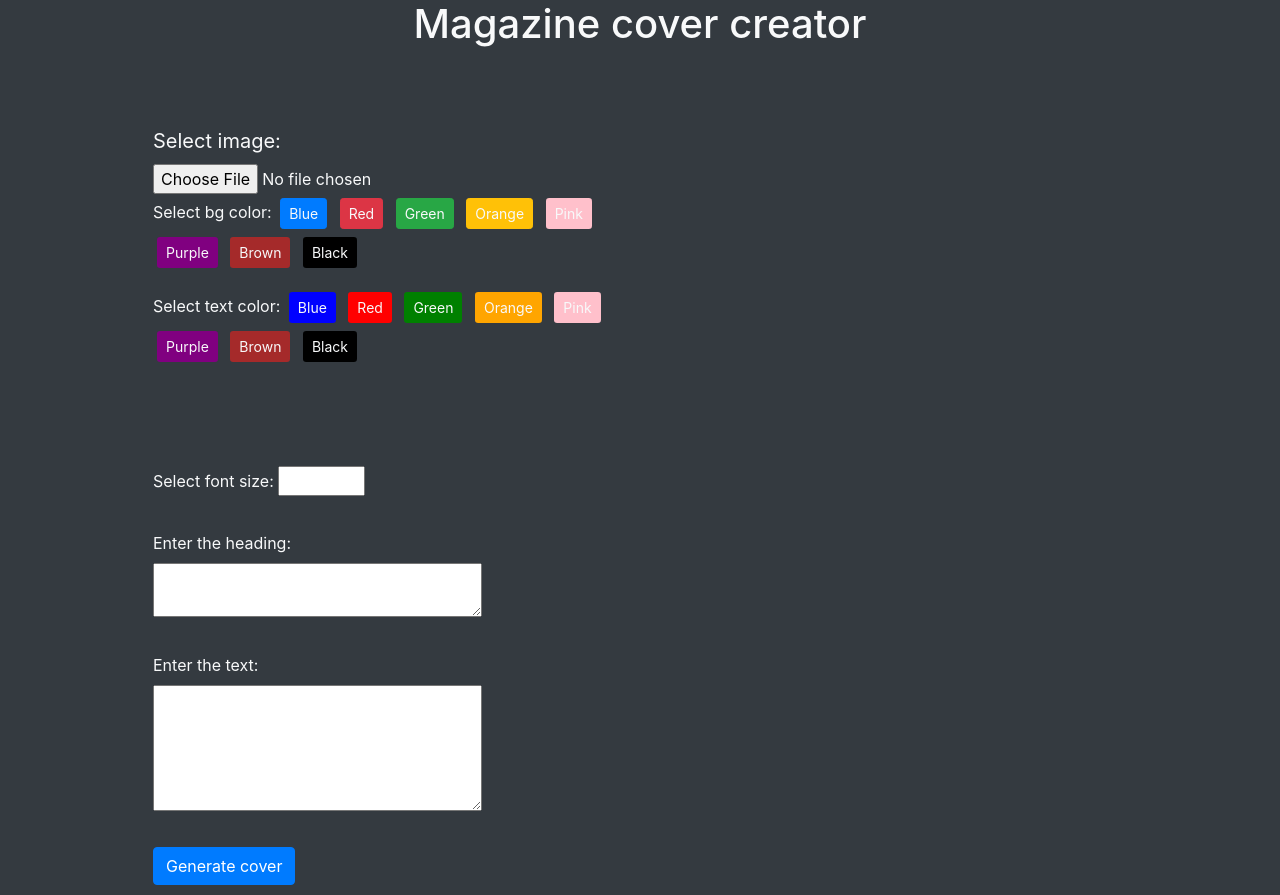
Repository: Sahil1515/First-Wish-Website
Page: http://localhost/createwish/
The author's editor kept a copy of each file at every save. The page is drawn from the files as they stood at one save, then again after the next save.
The browser window is 1280 px wide. The pictures show the whole page.
The page is served by the project's application, run on Django 3.2 (manage.py). Other server files are loaded and not shown.

Above is the page before, as saved 2021-09-06 09:56:29.

### templates/create_wish.html
{% load static %}

<!DOCTYPE html>

<html lang="en">

<head>
    <meta charset="UTF-8">
    <meta http-equiv="X-UA-Compatible" content="IE=edge">
    <script src="https://ajax.googleapis.com/ajax/libs/jquery/3.5.1/jquery.min.js"></script>
    <meta name="viewport" content="width=device-width, initial-scale=1.0">
    <link rel="stylesheet" href="https://stackpath.bootstrapcdn.com/bootstrap/4.4.1/css/bootstrap.min.css" integrity="sha384-Vkoo8x4CGsO3+Hhxv8T/Q5PaXtkKtu6ug5TOeNV6gBiFeWPGFN9MuhOf23Q9Ifjh" crossorigin="anonymous">
    <link rel="stylesheet" href="{% static '../../static/home_page.css' %}" />

    <title>Index Page</title>
    <script>
        $(document).ready(function() {
            $("#image_id").hide()
            $(".first-txt").hide()
            $(".second-txt").hide()

            var bg_color = null
            var text_color = null
            var font_size = 10
            var usertext = "This is Magazine text"

            $(".colorButton1").click(function() {
                bg_color = $(this).val()
                $("#label_bg_color").html("Selected background color: " + bg_color)
                $("#label_bg_color").css("color", bg_color)
                return false; // prevents submission
            });

            $(".colorButton2").click(function() {
                text_color = $(this).val()
                $("#label_text_color").html("Selected text color: " + text_color)
                $("#label_text_color").css("color", text_color)
                return false; // prevents submission
            });

            $("#image_btn").click(function() {

                var imageHtml = $("#img .accept").map(function() {
                    return this.outerHTML;
                }).get();

                var temp = $("#quantity").val()
                if (temp != "")
                    font_size = temp
                font_size = font_size + "px"

                $("#image_id").css("background-color", bg_color);
                usertext = $("#usertext1").val()
                $(".first-txt").html(usertext)
                $(".first-txt").css("color", text_color);
                $(".first-txt").css("font-size", font_size);

                usertext = $("#usertext2").val()
                $(".second-txt").html(usertext)
                $(".second-txt").css("color", "white");


                $("#image_id").show()
                $(".first-txt").show()
                $(".second-txt").show()

                return false; // prevents submission
            });
        });

        var loadFile = function(event) {
            var image = document.getElementById('image_id');
            image.src = URL.createObjectURL(event.target.files[0]);
        };
    </script>

</head>

<body class="bg-dark">
    <div class="container" style="text-align: center;">
        <h1 class="text-light">Magazine cover creator</h1>
    </div>



    <div class="flex-container">
        <div class="column">
            <div style="height:30px"></div>

            <div class="container text-light " style="padding-top: 30px;">
                <label for="img" style="font-size: 20px;">Select image:</label>
                <input type="file" id="img" onchange="loadFile(event)" name="img" accept="image/*">
            </div>

            <div id="div1" class="container text-light mb-3">
                <label for="img" class="fs-5">Select bg color:</label>
                <button class="colorButton1 btn btn-sm m-1 fs-7 text-light btn-primary" value="blue">Blue</button>
                <button class="colorButton1 btn btn-sm m-1 fs-7 text-light btn-danger" value="red">Red</button>
                <button class="colorButton1 btn btn-sm m-1 fs-7 text-light btn-success" value="green">Green</button>
                <button class="colorButton1 btn btn-sm m-1 fs-7 text-light btn-warning" value="orange">Orange</button>
                <button class="colorButton1 btn btn-sm m-1 fs-7 text-light" style="background-color: pink;" value="pink">Pink</button>
                <button class="colorButton1 btn btn-sm m-1 fs-7 text-light" style="background-color: purple;" value="purple">Purple</button>
                <button class="colorButton1 btn btn-sm m-1 fs-7 text-light" style="background-color: brown;" value="brown">Brown</button>
                <button class="colorButton1 btn btn-sm m-1 fs-7 text-light" style="background-color: black;" value="black">Black</button>
            </div>

            <div class="container text-light mb-3">
                <label for="img" class="fs-5">Select text color:</label>

                <button class="colorButton2 btn btn-sm m-1 text-light" style="background-color: blue;" value="blue">Blue</button>
                <button class="colorButton2 btn btn-sm m-1 text-light" style="background-color: red;" value="red">Red</button>
                <button class="colorButton2 btn btn-sm m-1 text-light" style="background-color: green;" value="green">Green</button>
                <button class="colorButton2 btn btn-sm m-1 text-light" style="background-color: orange;" value="orange">Orange</button>
                <button class="colorButton2 btn btn-sm m-1 text-light" style="background-color: pink;" value="pink">Pink</button>
                <button class="colorButton2 btn btn-sm m-1 text-light" style="background-color: purple;" value="purple">Purple</button>
                <button class="colorButton2 btn btn-sm m-1 text-light" style="background-color: brown;" value="brown">Brown</button>
                <button class="colorButton2 btn btn-sm m-1 text-light" style="background-color: black;" value="black">Black</button>

            </div>


            <div class="container text-light " style="padding-top: 30px;">
                <label id="label_text_color" style="font-size: 20px;"></label>
            </div>

            <div class="container text-light " style="padding-top: 30px;">
                <label for="quantity">Select font size:</label>
                <input type="number" id="quantity" name="quantity" min="1" max="30">
            </div>

            <div class="container text-light " style="padding-top: 30px;">
                <label for="texta">Enter the heading:</label><br>
                <textarea id="usertext1" name="texta" cols="30" rows="2"></textarea>
            </div>

            <div class="container text-light " style="padding-top: 30px;">
                <label for="texta">Enter the text:</label><br>
                <textarea id="usertext2" name="texta" cols="30" rows="5"></textarea>
            </div>

            <div class="container text-light " style="padding-top: 30px;">
                <button id="image_btn" type="submit" class="btn btn-primary">Generate cover</button>
            </div>
        </div>

        <div class="column bg-alt">

            <div class="container text-light " style="padding: 50px;">
                <img id="image_id" class="centered" />
                <h3 class="first-txt">
                    Elon Musk
                </h3>

                <h3 class="second-txt">
                    His Biography
                </h3>

            </div>
        </div>
    </div>





</body>

</html>

### createWish/views.py
from django.shortcuts import render

# Create your views here.


def createwish(request):
    return render(request, 'create_wish.html')

### First_Wish/urls.py
"""First_Wish URL Configuration

The `urlpatterns` list routes URLs to views. For more information please see:
    https://docs.djangoproject.com/en/3.2/topics/http/urls/
Examples:
Function views
    1. Add an import:  from my_app import views
    2. Add a URL to urlpatterns:  path('', views.home, name='home')
Class-based views
    1. Add an import:  from other_app.views import Home
    2. Add a URL to urlpatterns:  path('', Home.as_view(), name='home')
Including another URLconf
    1. Import the include() function: from django.urls import include, path
    2. Add a URL to urlpatterns:  path('blog/', include('blog.urls'))
"""
from django.contrib import admin
from django.urls import path, include


urlpatterns = [
    path('admin/', admin.site.urls),
    path('magzine/',include('First_Wish_Main_App.urls')),
    path('', include('First_Wish_Main_App.urls')),
    path('addPerson/', include('addPerson.urls')),
    path('login/', include('Login.urls')),
    path('signup/', include('Signup.urls')),
    path('gifts/', include('gifts.urls')),
    path('logout/', include('logout.urls')),
    path('password_reset/', include('password_reset.urls')),
    path('showAll/', include('showAll.urls')),
    path('contact/', include('contact.urls')),
    path('createwish/', include('createWish.urls')),


]

### First_Wish_Main_App/urls.py


from django.contrib import admin
from django.urls import path

from First_Wish_Main_App import views

urlpatterns = [
    # path('admin/', admin.site.urls),
    path('', views.index),
    ]

### addPerson/urls.py


from django.contrib import admin
from django.urls import path

from addPerson import views

urlpatterns = [
    # path('admin/', admin.site.urls),
    path('', views.addPerson),
    path('add_person_api', views.add_person_api, name='add_person_api')

    # path('personAdded', views.personAdded, name='personAdded')

    ]

### Login/urls.py

from django.contrib import admin
from django.urls import path
from . import views

urlpatterns = [
    path("",views.login, name='login'),
    path("login_api",views.login_api, name='login_api'),

]

### Signup/urls.py

from django.contrib import admin
from django.urls import path, include

from . import views
urlpatterns = [
    path('',views.SignUp,name='signup'),
    path('send_otp',views.send_otp,name='send_otp'),
    path('check_user_api',views.check_user_api,name='check_user_api'),
    path('create_user_after_verification',views.create_user_after_verification,name='create_user_after_verification'),
    path('password_reset',views.password_reset,name='password_reset'),
    path('send_password_reset_mail',views.send_password_reset_mail,name='send_password_reset_mail'),




]

### gifts/urls.py


from django.contrib import admin
from django.urls import path

from gifts import views

urlpatterns = [
    path('', views.gifts, name='gifts')

    ]

### logout/urls.py

from django.contrib import admin
from django.urls import path
from . import views

urlpatterns = [
    path("",views.logout, name='logout'),
]

### password_reset/urls.py

from django.contrib import admin
from django.urls import path, include

from . import views
urlpatterns = [
    path('',views.password_reset,name='password_reset'),
    path('send_password_reset_mail',views.send_password_reset_mail,name='send_password_reset_mail'),

]

### showAll/urls.py


from django.contrib import admin
from django.urls import path

from showAll import views

urlpatterns = [
    # path('admin/', admin.site.urls),
    path('', views.showAll),

    ]

### contact/urls.py

from django.contrib import admin
from django.urls import path

from . import views
urlpatterns = [
    path('',views.contact,name='contact'),
    path('send_mail_by_user',views.send_mail_by_user,name='send_mail_by_user'),

]

### createWish/urls.py


from django.urls import path

from createWish import views

urlpatterns = [
    path('', views.createwish, name='createwish')

    ]

### static/home_page.css
button {
    color: white;
    border-radius: 15px;
    border-width: 5px;
    border-style: hidden;
}

img {
    border-radius: 20px;
    border: 5px solid black;
    height: 800px;
    width: 600px;
    padding: 50px;
    background-color: red;
}

.first-txt {
    font-size: 30px;
    position: relative;
    top: -700px;
    right: -100px;
    color: red;
}

.second-txt {
    font-size: 30px;
    position: relative;
    top: -400px;
    right: -100px;
    color: red;
    height: 300px;
    width: 450px;
}

.flex-container {
    width: 80%;
    min-height: 300px;
    margin: 0 auto;
    display: -webkit-flex;
    /* Safari */
    display: flex;
    /* Standard syntax */
}

.flex-container .column {
    padding: 10px;
    /* background: #dbdfe5; */
    -webkit-flex: 1;
    /* Safari */
    -ms-flex: 1;
    /* IE 10 */
    flex: 1;
    /* Standard syntax */
}

After the next save:
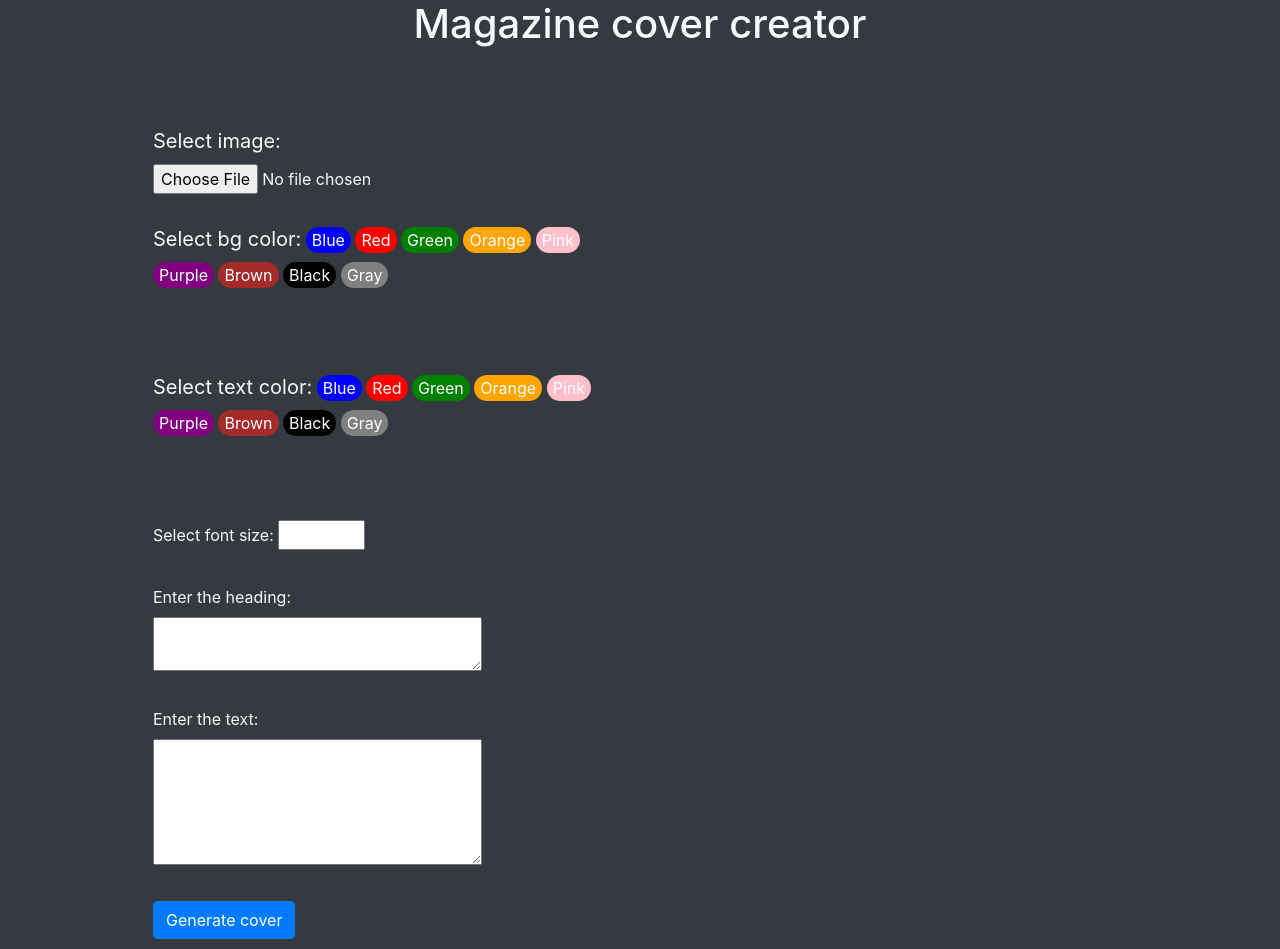
Saved 66 s later.
--- a/templates/create_wish.html
+++ b/templates/create_wish.html
@@ -1,7 +1,6 @@
-{% load static %}
+ {% load static %}
 
 <!DOCTYPE html>
-
 <html lang="en">
 
 <head>
@@ -11,7 +10,6 @@
     <meta name="viewport" content="width=device-width, initial-scale=1.0">
     <link rel="stylesheet" href="https://stackpath.bootstrapcdn.com/bootstrap/4.4.1/css/bootstrap.min.css" integrity="sha384-Vkoo8x4CGsO3+Hhxv8T/Q5PaXtkKtu6ug5TOeNV6gBiFeWPGFN9MuhOf23Q9Ifjh" crossorigin="anonymous">
     <link rel="stylesheet" href="{% static '../../static/home_page.css' %}" />
-
     <title>Index Page</title>
     <script>
         $(document).ready(function() {
@@ -92,32 +90,39 @@
                 <input type="file" id="img" onchange="loadFile(event)" name="img" accept="image/*">
             </div>
 
-            <div id="div1" class="container text-light mb-3">
-                <label for="img" class="fs-5">Select bg color:</label>
-                <button class="colorButton1 btn btn-sm m-1 fs-7 text-light btn-primary" value="blue">Blue</button>
-                <button class="colorButton1 btn btn-sm m-1 fs-7 text-light btn-danger" value="red">Red</button>
-                <button class="colorButton1 btn btn-sm m-1 fs-7 text-light btn-success" value="green">Green</button>
-                <button class="colorButton1 btn btn-sm m-1 fs-7 text-light btn-warning" value="orange">Orange</button>
-                <button class="colorButton1 btn btn-sm m-1 fs-7 text-light" style="background-color: pink;" value="pink">Pink</button>
-                <button class="colorButton1 btn btn-sm m-1 fs-7 text-light" style="background-color: purple;" value="purple">Purple</button>
-                <button class="colorButton1 btn btn-sm m-1 fs-7 text-light" style="background-color: brown;" value="brown">Brown</button>
-                <button class="colorButton1 btn btn-sm m-1 fs-7 text-light" style="background-color: black;" value="black">Black</button>
-            </div>
-
-            <div class="container text-light mb-3">
-                <label for="img" class="fs-5">Select text color:</label>
-
-                <button class="colorButton2 btn btn-sm m-1 text-light" style="background-color: blue;" value="blue">Blue</button>
-                <button class="colorButton2 btn btn-sm m-1 text-light" style="background-color: red;" value="red">Red</button>
-                <button class="colorButton2 btn btn-sm m-1 text-light" style="background-color: green;" value="green">Green</button>
-                <button class="colorButton2 btn btn-sm m-1 text-light" style="background-color: orange;" value="orange">Orange</button>
-                <button class="colorButton2 btn btn-sm m-1 text-light" style="background-color: pink;" value="pink">Pink</button>
-                <button class="colorButton2 btn btn-sm m-1 text-light" style="background-color: purple;" value="purple">Purple</button>
-                <button class="colorButton2 btn btn-sm m-1 text-light" style="background-color: brown;" value="brown">Brown</button>
-                <button class="colorButton2 btn btn-sm m-1 text-light" style="background-color: black;" value="black">Black</button>
+            <div id="div1" class="container text-light " style="padding-top: 30px;">
+                <label for="img" style="font-size: 20px;">Select bg color:</label>
+                <button class="colorButton1" style="background-color: blue;" value="blue">Blue</button>
+                <button class="colorButton1" style="background-color: red;" value="red">Red</button>
+                <button class="colorButton1" style="background-color: green;" value="green">Green</button>
+                <button class="colorButton1" style="background-color: orange;" value="orange">Orange</button>
+                <button class="colorButton1" style="background-color: pink;" value="pink">Pink</button>
+                <button class="colorButton1" style="background-color: purple;" value="purple">Purple</button>
+                <button class="colorButton1" style="background-color: brown;" value="brown">Brown</button>
+                <button class="colorButton1" style="background-color: black;" value="black">Black</button>
+                <button class="colorButton1" style="background-color: gray;" value="gray">Gray</button>
 
             </div>
 
+            <div class="container text-light " style="padding-top: 30px;">
+                <label id="label_bg_color" style="font-size: 20px;"></label>
+            </div>
+
+
+            <div class="container text-light " style="padding-top: 30px;">
+                <label for="img" style="font-size: 20px;">Select text color:</label>
+
+                <button class="colorButton2" style="background-color: blue;" value="blue">Blue</button>
+                <button class="colorButton2" style="background-color: red;" value="red">Red</button>
+                <button class="colorButton2" style="background-color: green;" value="green">Green</button>
+                <button class="colorButton2" style="background-color: orange;" value="orange">Orange</button>
+                <button class="colorButton2" style="background-color: pink;" value="pink">Pink</button>
+                <button class="colorButton2" style="background-color: purple;" value="purple">Purple</button>
+                <button class="colorButton2" style="background-color: brown;" value="brown">Brown</button>
+                <button class="colorButton2" style="background-color: black;" value="black">Black</button>
+                <button class="colorButton2" style="background-color: gray;" value="gray">Gray</button>
+
+            </div>
 
             <div class="container text-light " style="padding-top: 30px;">
                 <label id="label_text_color" style="font-size: 20px;"></label>
